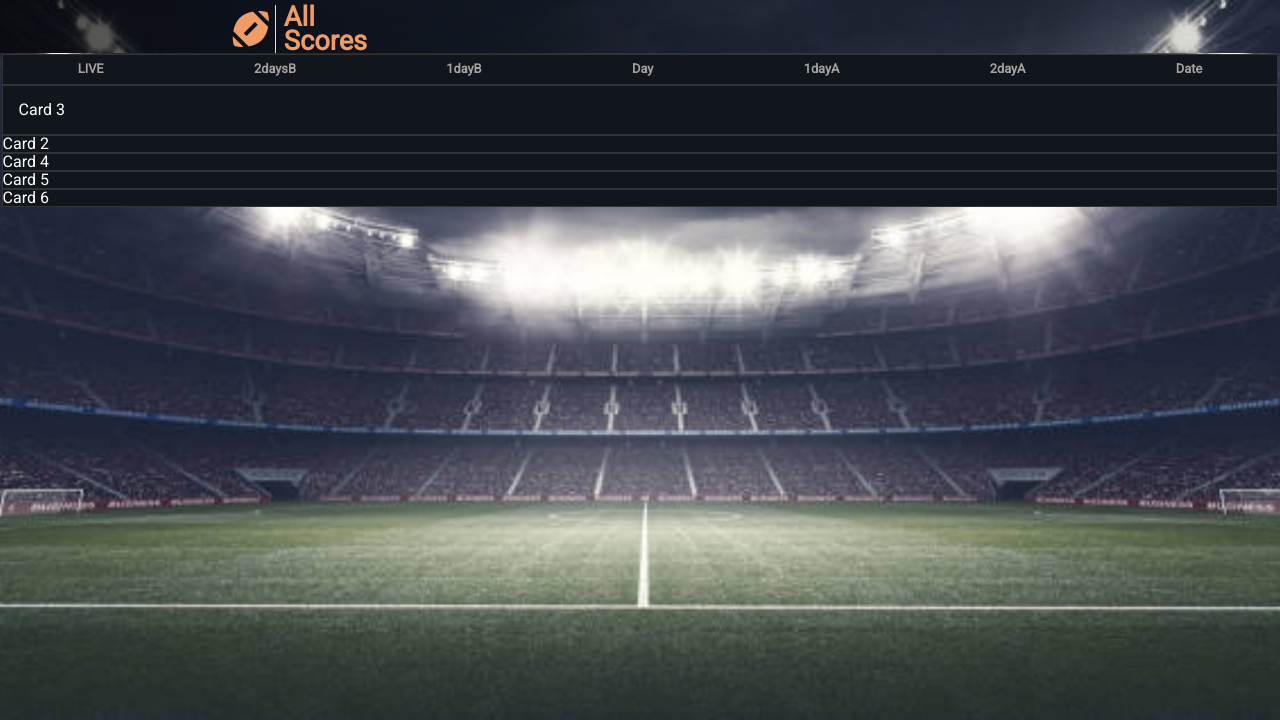
Repository: boomshakar/AllScores
Page: index.html
The author's editor kept a copy of each file at every save. The page is drawn from the files as they stood at one save, then again after the next save.
The browser window is 1280 px wide. The pictures show the whole page.
The style sheet was rebuilt from its Sass, Less or Tailwind sources for each picture, by a compiler version that may differ from the author's.

Above is the page before, as saved 2021-03-30 02:43:17.

After the next save:
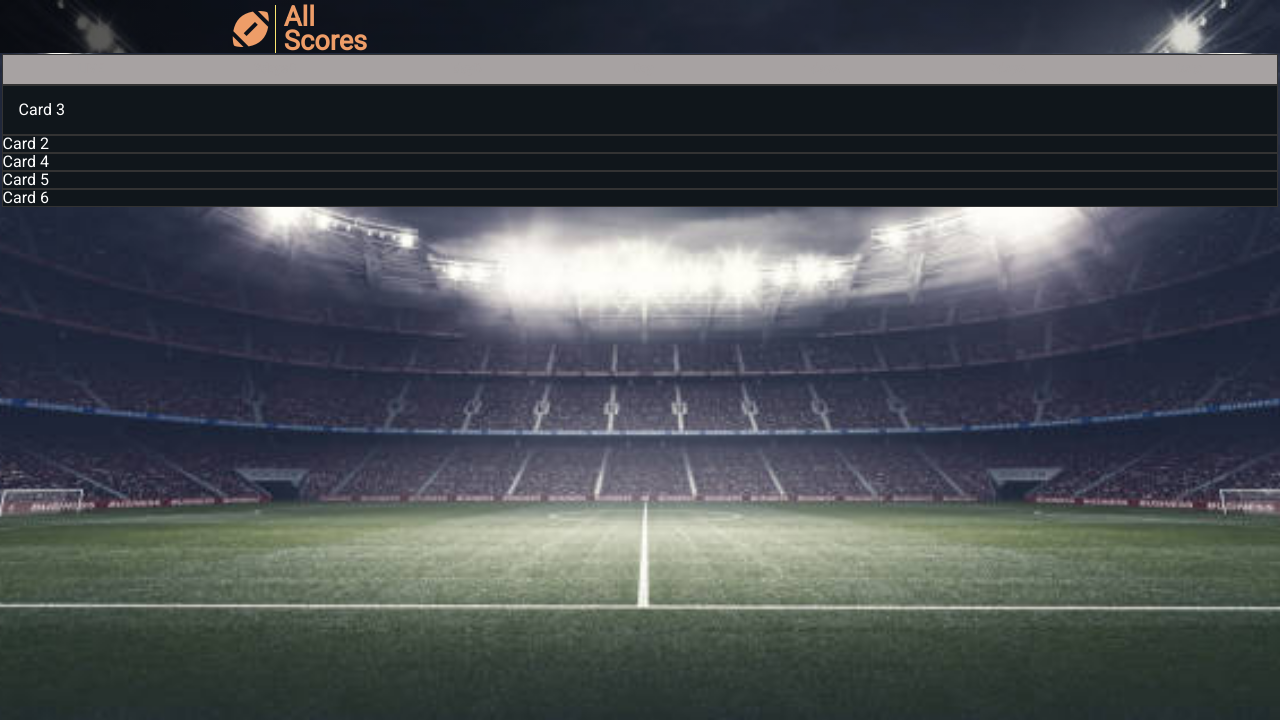
Saved 7 s later.
--- a/scss/_home.scss
+++ b/scss/_home.scss
@@ -25,7 +25,7 @@
           font-weight: 600;
         }
 
-        &:nth-child(2) {
+        &:nth-child(1) {
           color: #333;
           background: $text-color2;
         }
